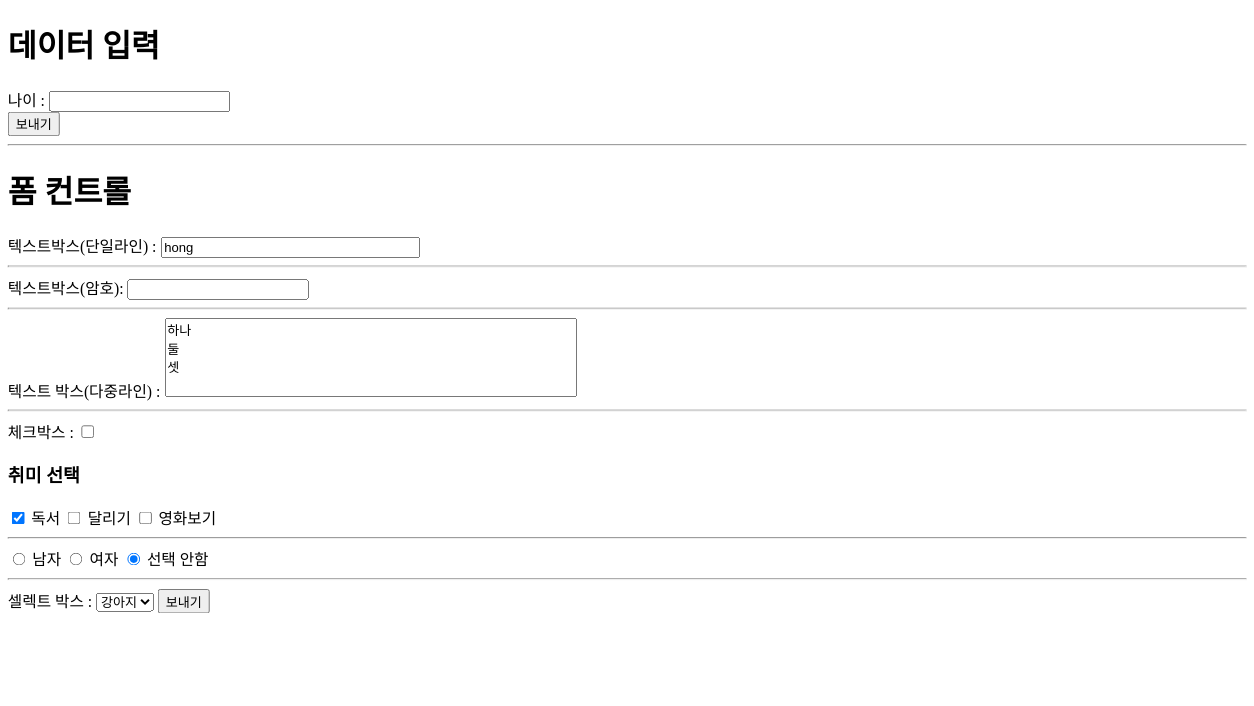
Repository: hb6700/client
Page: ClientTest/src/main/webapp/html/ex18_form.html
The author's editor kept a copy of each file at every save. The page is drawn from the files as they stood at one save, then again after the next save.
The browser window is 1280 px wide. The pictures show the whole page, at 98% of full size.

Above is the page before, as saved 2023-09-21 07:12:06.

After the next save:
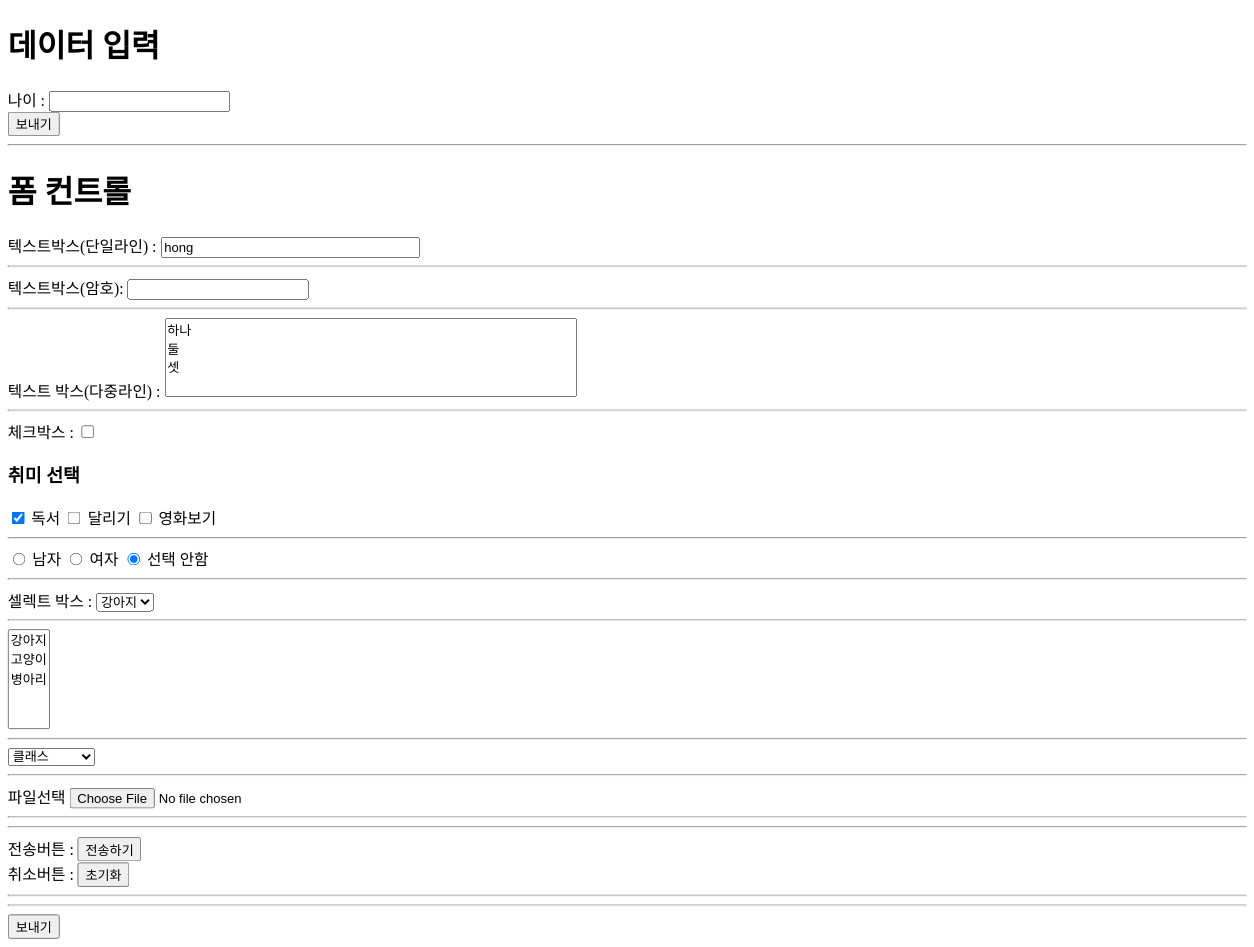
Saved 18 min 51 s later.
--- a/ClientTest/src/main/webapp/html/ex18_form.html
+++ b/ClientTest/src/main/webapp/html/ex18_form.html
@@ -138,6 +138,8 @@
 
 			<!--
 			셀렉트 박스(콤보박스(Combo), 드랍다운리스트(DropDown List))
+			- 단일 선택 컨트롤
+			- 다중 선택 컨트롤 : multiple
 			-->
 			셀렉트 박스 :
 			<select>
@@ -145,8 +147,64 @@
 				<option>고양이</option>
 				<option>병아리</option>
 			</select>
-
-
+			<hr>
+			<select size="5" multiple>
+				<option>강아지</option>
+				<option>고양이</option>
+				<option>병아리</option>
+			</select>
+			<hr>
+			<select>
+				<optgroup label="자바">
+					<option>클래스</option>
+					<option>메소드</option>
+					<option>배열</option>
+				</optgroup>
+				<optgroup label="오라클">
+					<option>테이블</option>
+					<option>서브쿼리</option>
+					<option>조인</option>
+					<option>프로시저</option>
+				</optgroup>
+				<optgroup label="HTML">
+					<option>태그</option>
+					<option>엔티티</option>
+					<option>PCDATA</option>
+				</optgroup>
+			</select>
+
+			<hr>
+
+			<!-- 파일 업로드
+			- 첨부파일
+			- oen file dialog box(열기대화상자) 호출 -->
+
+			파일선택
+			<input type="file">
+			<hr>
+
+			<!--
+			히든태그
+			- 눈에 보이지 않음
+			- 개발자용
+			- 서버로 보낼 데이터 > 사용자에게 보이고 싶지 않은 경우
+			- 눈에 안보이는 텍스트 박스
+			-->
+			<input type="hidden" name="txtName" value="홍길동">
+			<hr>
+
+			<!-- 버튼들 -->
+			전송버튼 : <input type="submit" value="전송하기">
+			<br>
+			취소버튼 : <input type="reset" value="초기화">
+
+			<hr>
+
+
+
+
+
+			<hr>
 			<input type="submit" value="보내기">
 		</form>
 	</body>
